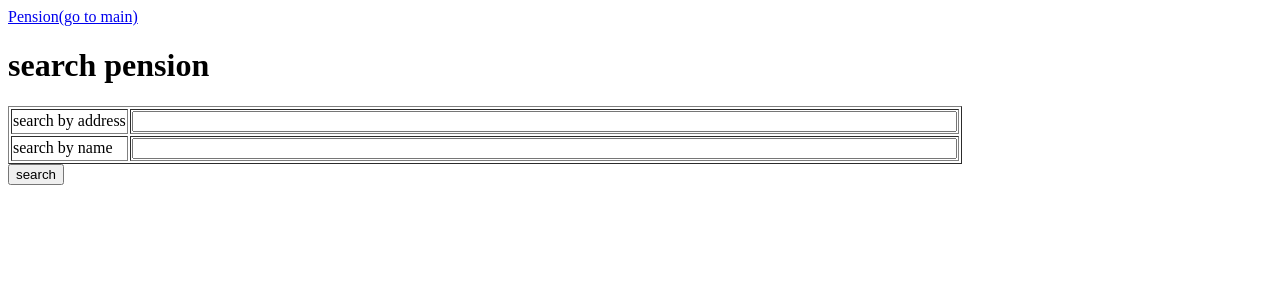
Repository: spero-spera/termproject
Page: http://localhost/pension/search.php
The author's editor kept a record of every edit. The page is drawn from the files as they stood at one moment, then again after the next edit.
The browser window is 1280 px wide. The pictures show the whole page.
The page is run by PHP 8.4 with error messages shown; the project is at /var/www/html/.

Above is the page before.

After the next edit:
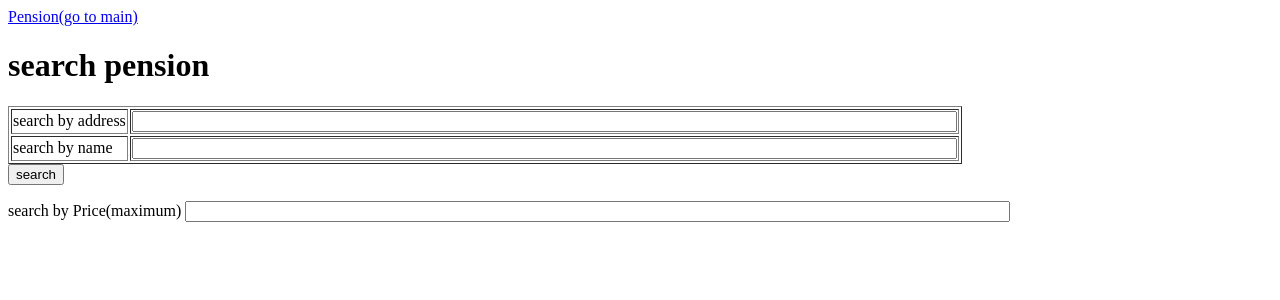
The edit:
--- a/pension/search.php
+++ b/pension/search.php
@@ -22,5 +22,10 @@
   </table>
  <input type=submit value="search">
 </form>
+
+  <tr>
+   <td>search by Price(maximum)</td>
+   <td><input type="text" size="100" name="Price"></td>
+  </tr>
 </body>
 </html>
